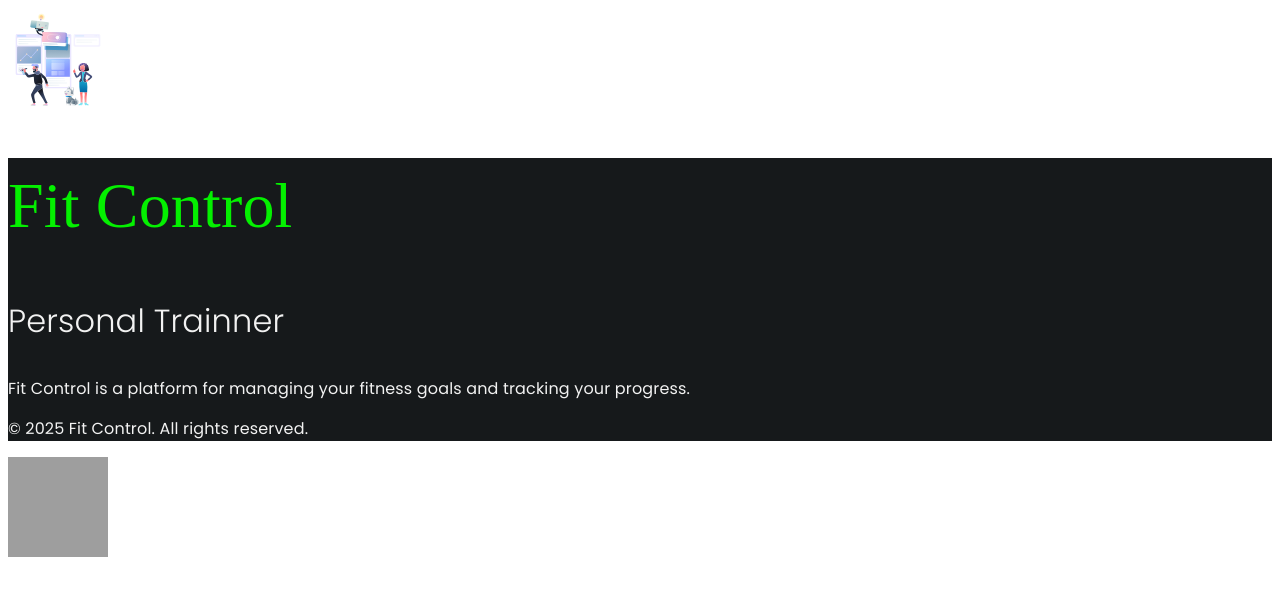
Repository: fit-control/frontend-fit-control
Page: /
The author's editor kept a copy of each file at every save. The page is drawn from the files as they stood at one save, then again after the next save.
The browser window is 1280 px wide. The pictures show the whole page.
Pictures or frames that could not be fetched are drawn as grey boxes. Some web fonts or font styles are not loaded; a fallback is used. The project was rebuilt for these pictures with package versions that can differ from the ones it lists, and the page was loaded fresh each time. The framework's server and built-in components were replaced by stand-ins that run in the browser. Also part of the build but not shown: next.config.js, vite.config.ts.

Above is the page before, as saved 2025-01-18 20:12:54.

### src/app/layout.tsx
import type { Metadata } from "next";
import "./globals.css";
import Home from "./page";

export const metadata: Metadata = {
  title: "Create Next App",
  description: "Generated by create next app",
};

export default function RootLayout({
  // children,
}: Readonly<{
  children: React.ReactNode;
}>) {
  return (
    <html lang="en">
      <body className="bg-gray-400">
        <Home />
      </body>
    </html>
  );
}

### src/app/page.tsx
import ContainerCenterLogin from "./components/containerCenterLogin";
import Image from "next/image";

export default function Home() {
  return (
    <div className=" items-center justify-items-center min-h-screen flex">
      <Image src="/src/app/images/trello-left.4f52d13c (1).svg" alt="background" width={100} height={100} />
      <ContainerCenterLogin />
      <Image src="/src/app/images/trello-right.4f52d13c (1).svg" alt="background" width={100} height={100} />
    </div>
  );
}

### src/app/globals.css
@import url('https://fonts.googleapis.com/css2?family=Alike+Angular&family=Platypi:ital,wght@0,300..800;1,300..800&family=Poppins:ital,wght@0,100;0,200;0,300;0,400;0,500;0,600;0,700;0,800;0,900;1,100;1,200;1,300;1,400;1,500;1,600;1,700;1,800;1,900&display=swap');
@import url('https://fonts.googleapis.com/css2?family=Aguafina+Script&family=Alike+Angular&family=Platypi:ital,wght@0,300..800;1,300..800&family=Poppins:ital,wght@0,100;0,200;0,300;0,400;0,500;0,600;0,700;0,800;0,900;1,100;1,200;1,300;1,400;1,500;1,600;1,700;1,800;1,900&display=swap');
/* @tailwind base;
@tailwind components;
@tailwind utilities; */

/* :root {
  --background: #ffffff;
  --foreground: #171717;
}

@media (prefers-color-scheme: light) {
  :root {
    --background: #0a0a0a;
    --foreground: #ededed;
  }
} */

body {
  font-family: Poppins, sans-serif;
  font-size: 16px;
  line-height: 1.5;
  font-weight: 400;
  letter-spacing: 0.01em;

  .containerLogin {
    background-color: #16191B;
    h1 {
      color: #04F000;
      font-family: 'Aguafina Script', cursive;
      font-size: 4rem;
      font-weight: 400;
    }
    h3 {
      color: #F2F2F2;
      font-family: 'Poppins', sans-serif;
      font-size: 2rem;
      font-weight: 300;
    }
    p {
      color: #F2F2F2;
    }
  }
}

### src/app/components/containerCenterLogin.tsx
const ContainerCenterLogin = () => {
  return (
    <main className="containerLogin flex flex-col min-h-screen items-center justify-between p-20">
      <div className="flex flex-col items-center justify-center">
        <h1 className="text-4xl font-bold">Fit Control</h1>
        <h3>Personal Trainner</h3>
      </div>
      <p className="text-lg">
        Fit Control is a platform for managing your fitness goals and tracking
        your progress.
      </p>
      <footer className="">
        <p className="text-sm text-gray-500">
          &copy; {new Date().getFullYear()} Fit Control. All rights reserved.
        </p>
      </footer>
    </main>
  );
};

export default ContainerCenterLogin;

Loaded but not shown: tailwind.config.js (common file)

After the next save:
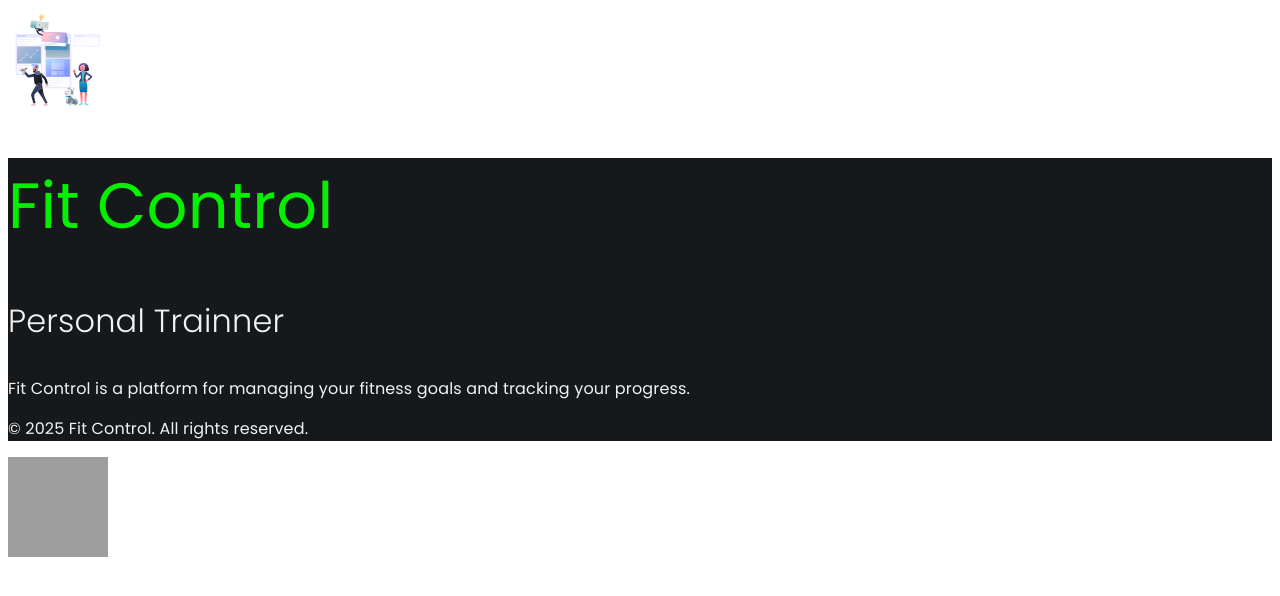
Saved 62 s later.
--- a/src/app/globals.css
+++ b/src/app/globals.css
@@ -27,7 +27,7 @@ body {
     background-color: #16191B;
     h1 {
       color: #04F000;
-      font-family: 'Aguafina Script', cursive;
+      /* font-family: 'Aguafina Script', cursive; */
       font-size: 4rem;
       font-weight: 400;
     }
